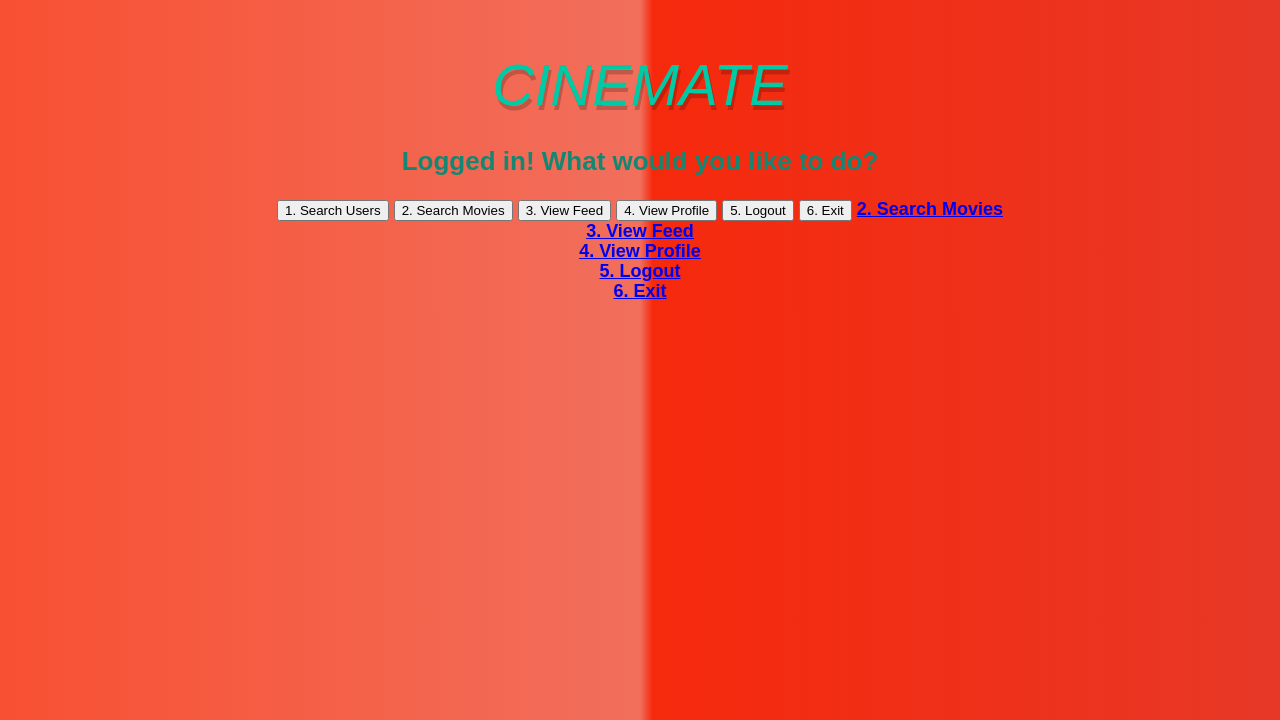
Repository: ir1998/cs201
Page: http://localhost/Assignment2/MainMenu.jsp
These files come from the project's save history. The page is drawn as it stood at one moment and after the next save; the edit follows.
The browser window is 1280 px wide. The pictures show the whole page.
The page is served by Tomcat 9. Other server files are loaded and not shown.

Above is the page before, as saved 2017-02-12 18:57:55.

### Assignment2/WebContent/MainMenu.jsp
<%@ page language="java" contentType="text/html; charset=UTF-8"
    pageEncoding="UTF-8"%>
<!DOCTYPE html PUBLIC "-//W3C//DTD HTML 4.01 Transitional//EN" "http://www.w3.org/TR/html4/loose.dtd">
<html>
<link rel="stylesheet" href="main.css">
</head>
<body bgcolor="#E6E6FA">
<h1 id="Title1" >Cinemate</h1>
<h2 id="Title2" >Logged in! What would you like to do?</h2>
</head>
<body>
	<form action="MenuSelectionServlet" id="Title4">
		<input type="submit" name="searchUsers" value="1. Search Users">
		<input type="submit" name="searchMovies" value="2. Search Movies">
		<input type="submit" name="viewFeed" value="3. View Feed">
		<input type="submit" name="viewProfile" value="4. View Profile">
		<input type="submit" name="logOut" value="5. Logout">
		<input type="submit" name="exit" value="6. Exit">
		<a href="SearchMovies.jsp" >2. Search Movies</a><br>
		<a href="Feed.jsp" >3. View Feed</a><br>
		<a href="Profile.jsp" >4. View Profile</a><br>
		<a href="LoginPage.jsp" >5. Logout</a><br>
		<a href="GetFile.jsp" >6. Exit</a><br>
	</form>
</body>
</html>

### Assignment2/WebContent/main.css
@CHARSET "UTF-8";

html, body {
	margin: 0;
	padding: 0;
	overflow: hidden;
	font-family: HelveticaNeue, Helvetica, Arial, sans-serif;
	font-size: 13px;
	-webkit-font-smoothing:antialiased;
	text-rendering:optimizeLegibility;
	box-sizing: border-box;


	background: rgba(248,80,50,1);
	background: -moz-linear-gradient(left, rgba(248,80,50,1) 0%, rgba(241,111,92,1) 50%, rgba(246,41,12,1) 51%, rgba(240,47,23,1) 71%, rgba(231,56,39,1) 100%);
	background: -webkit-gradient(left top, right top, color-stop(0%, rgba(248,80,50,1)), color-stop(50%, rgba(241,111,92,1)), color-stop(51%, rgba(246,41,12,1)), color-stop(71%, rgba(240,47,23,1)), color-stop(100%, rgba(231,56,39,1)));
	background: -webkit-linear-gradient(left, rgba(248,80,50,1) 0%, rgba(241,111,92,1) 50%, rgba(246,41,12,1) 51%, rgba(240,47,23,1) 71%, rgba(231,56,39,1) 100%);
	background: -o-linear-gradient(left, rgba(248,80,50,1) 0%, rgba(241,111,92,1) 50%, rgba(246,41,12,1) 51%, rgba(240,47,23,1) 71%, rgba(231,56,39,1) 100%);
	background: -ms-linear-gradient(left, rgba(248,80,50,1) 0%, rgba(241,111,92,1) 50%, rgba(246,41,12,1) 51%, rgba(240,47,23,1) 71%, rgba(231,56,39,1) 100%);
	background: linear-gradient(to right, rgba(248,80,50,1) 0%, rgba(241,111,92,1) 50%, rgba(246,41,12,1) 51%, rgba(240,47,23,1) 71%, rgba(231,56,39,1) 100%);
	filter: progid:DXImageTransform.Microsoft.gradient( startColorstr='#f85032', endColorstr='#e73827', GradientType=1 );
}

#Title1 {
	margin: 1em 0 0.5em 0;
	font-weight: 100;
	text-transform: uppercase;
	color: #00caa6;
	font-style: italic;
	font-family: 'Josefin Sans', sans-serif;
	font-size: 58px;
	line-height: 54px;
	text-shadow: 2px 5px 0 rgba(0,0,0,0.2);
	text-align:center;
}

#Title2 {
	margin: 1em 0 0.5em 0;
	color: #148773;
	font-size: 26px;
	line-height: 40px;
	font-weight: bold;
	font-family: 'Josefin Sans', sans-serif;
	text-align:center;
}

#Title3 {
	margin: 1em 0 0.5em 0;
	color: #343434;
	font-size: 22px;
	line-height: 40px;
	font-weight: 100;
	text-transform: uppercase;
	font-family: 'Josefin Sans', sans-serif;
	letter-spacing: 1px;
	font-style: italic;
	text-align:center;
}

#Title4 {
	margin: 1em 0 0.5em 0;
	color: #343434;
	font-size: 18px;
	line-height: 20px;
	font-weight: bold;
	font-family: 'Josefin Sans', sans-serif;
	text-align:center;
}

#InfoBox{
	border-style: outset;
}



#MyButton {
	-moz-box-shadow: 0px 1px 0px 0px #fff6af;
	-webkit-box-shadow: 0px 1px 0px 0px #fff6af;
	box-shadow: 0px 1px 0px 0px #fff6af;
	background:-webkit-gradient(linear, left top, left bottom, color-stop(0.05, #ffec64), color-stop(1, #ffab23));
	background:-moz-linear-gradient(top, #ffec64 5%, #ffab23 100%);
	background:-webkit-linear-gradient(top, #ffec64 5%, #ffab23 100%);
	background:-o-linear-gradient(top, #ffec64 5%, #ffab23 100%);
	background:-ms-linear-gradient(top, #ffec64 5%, #ffab23 100%);
	background:linear-gradient(to bottom, #ffec64 5%, #ffab23 100%);
	filter:progid:DXImageTransform.Microsoft.gradient(startColorstr='#ffec64', endColorstr='#ffab23',GradientType=0);
	background-color:#ffec64;
	-moz-border-radius:6px;
	-webkit-border-radius:6px;
	border-radius:6px;
	border:1px solid #ffaa22;
	display:inline-block;
	cursor:pointer;
	color:#333333;
	font-family:Arial;
	font-size:15px;
	font-weight:bold;
	padding:6px 24px;
	text-decoration:none;
	text-shadow:0px 1px 0px #ffee66;
	text-align:center;
}
#MyButton:hover {
	background:-webkit-gradient(linear, left top, left bottom, color-stop(0.05, #ffab23), color-stop(1, #ffec64));
	background:-moz-linear-gradient(top, #ffab23 5%, #ffec64 100%);
	background:-webkit-linear-gradient(top, #ffab23 5%, #ffec64 100%);
	background:-o-linear-gradient(top, #ffab23 5%, #ffec64 100%);
	background:-ms-linear-gradient(top, #ffab23 5%, #ffec64 100%);
	background:linear-gradient(to bottom, #ffab23 5%, #ffec64 100%);
	filter:progid:DXImageTransform.Microsoft.gradient(startColorstr='#ffab23', endColorstr='#ffec64',GradientType=0);
	background-color:#ffab23;
	text-align:center;
}
#MyButton:active {
	top:1px;
	text-align:center;
}

#ButtonHolder{ text-align: center; }

#ResultsBox{
	margin: 1em 0 0.5em 0;
	color: #343434;
	font-size: 18px;
	line-height: 20px;
	font-weight: bold;
	font-family: 'Josefin Sans', sans-serif;
	text-align:center;
	overflow-y: scroll;
	height:400px;
	text-align:center;
}

#Results{
	margin: 1em 0 0.5em 0;
	color: #343434;
	font-size: 18px;
	line-height: 20px;
	font-weight: bold;
	font-family: 'Josefin Sans', sans-serif;
	text-align:center;
	overflow-y: scroll;
	height:30px;
	text-align:center;
}
#Results:hover {
	background:-webkit-gradient(linear, left top, left bottom, color-stop(0.05, #ffab23), color-stop(1, #ffec64));
	background:-moz-linear-gradient(top, #ffab23 5%, #ffec64 100%);
	background:-webkit-linear-gradient(top, #ffab23 5%, #ffec64 100%);
	background:-o-linear-gradient(top, #ffab23 5%, #ffec64 100%);
	background:-ms-linear-gradient(top, #ffab23 5%, #ffec64 100%);
	background:linear-gradient(to bottom, #ffab23 5%, #ffec64 100%);
	filter:progid:DXImageTransform.Microsoft.gradient(startColorstr='#ffab23', endColorstr='#ffec64',GradientType=0);
	background-color:#ffab23;
	text-align:center;
}
#Results:active {
	top:1px;
	text-align:center;
}

After the next save:
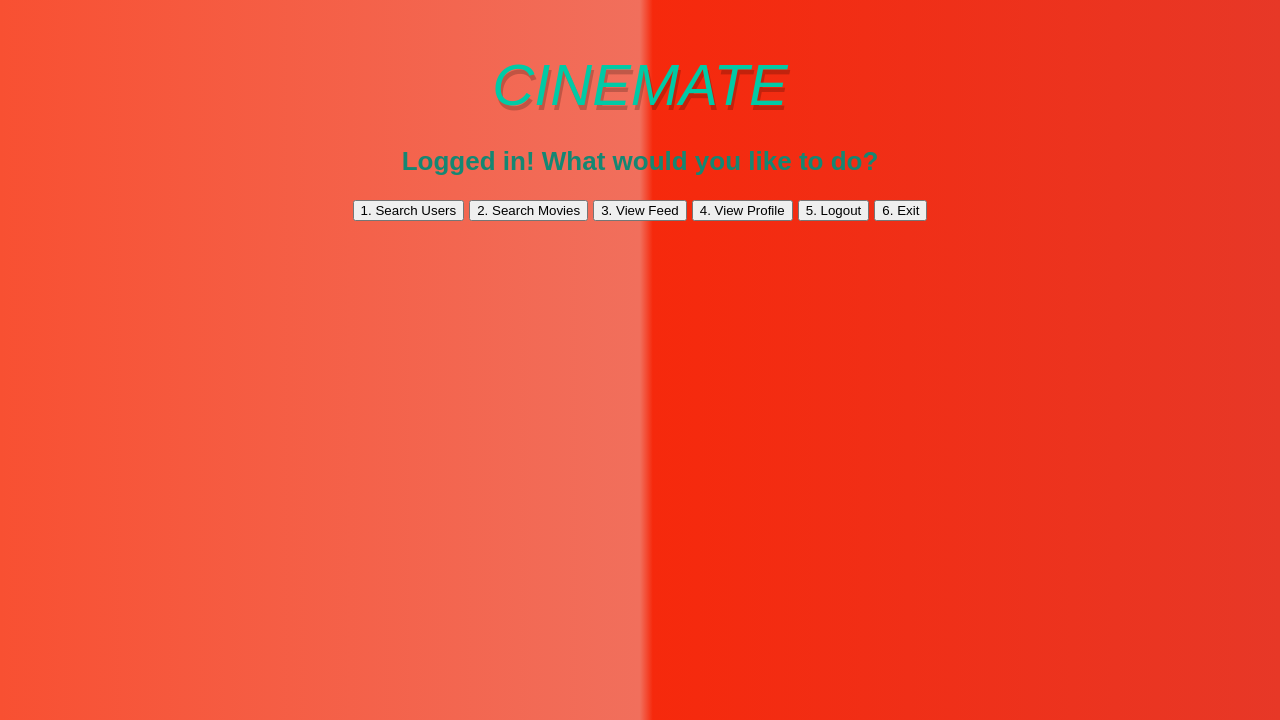
Saved 5 s later.
--- a/Assignment2/WebContent/MainMenu.jsp
+++ b/Assignment2/WebContent/MainMenu.jsp
@@ -16,11 +16,6 @@
 		<input type="submit" name="viewProfile" value="4. View Profile">
 		<input type="submit" name="logOut" value="5. Logout">
 		<input type="submit" name="exit" value="6. Exit">
-		<a href="SearchMovies.jsp" >2. Search Movies</a><br>
-		<a href="Feed.jsp" >3. View Feed</a><br>
-		<a href="Profile.jsp" >4. View Profile</a><br>
-		<a href="LoginPage.jsp" >5. Logout</a><br>
-		<a href="GetFile.jsp" >6. Exit</a><br>
 	</form>
 </body>
 </html>
